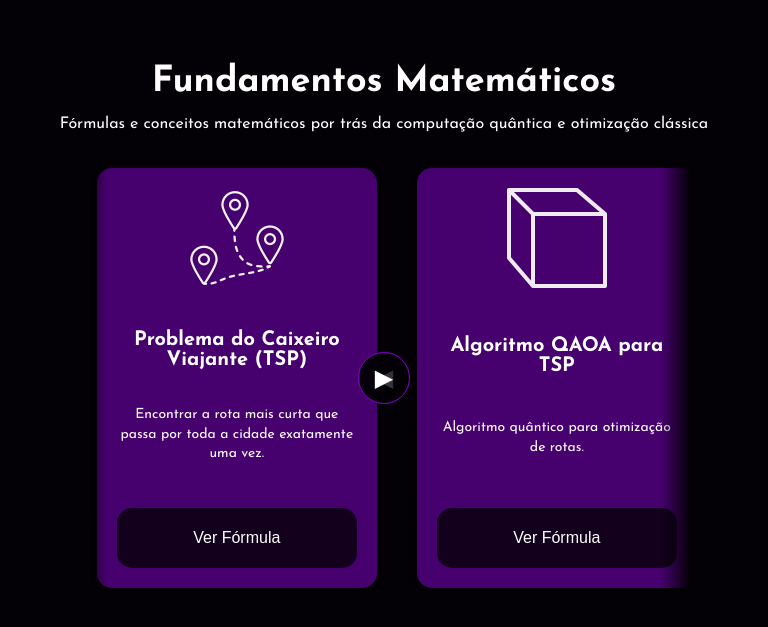
Repository: Everson9/Projeto-de-escalabilidade-quantica-definitivo
Page: fundamentos.html
These files come from the project's save history. The page is drawn as it stood at one moment and after the next save; the edit follows.
The browser window is 768 px wide. The pictures show the whole page.

Above is the page before, as saved 2025-10-01 10:26:27.
Not found: script.js

### fundamentos.html
<!DOCTYPE html>
<html lang="pt-br">
<head>
    <meta charset="UTF-8">
    <meta name="viewport" content="width=device-width, initial-scale=1.0">
    <title>Fundamentos Matemáticos</title>
    <link rel="stylesheet" href="fundamentos.css">
    <link href="https://fonts.googleapis.com/css2?family=Josefin+Sans:wght@400;700&display=swap" rel="stylesheet">
</head>
<body>

    <div class="fundamentos-matematicos">
        <h1>Fundamentos Matemáticos</h1>
        <p>Fórmulas e conceitos matemáticos por trás da computação quântica e otimização clássica</p>
    </div>

    <!-- Wrapper para o carrossel e as setas -->
    <div class="carousel-wrapper">
        <!-- Seta Esquerda -->
        <div id="prev-btn" class="carousel-btn">&#9664;</div>

        <!-- Container do Carrossel -->
        <div class="carousel-container">
            <div class="carousel-track">
                <!-- Cards Originais (Apenas os 4 originais são necessários, o JS cuidará da clonagem ) -->
                <div class="formula_1">
                    <img src="imgs_icones/CaixeiroViajante.png" alt="Ícone do Problema do Caixeiro Viajante">
                    <h4>Problema do Caixeiro Viajante (TSP)</h4>
                    <p>Encontrar a rota mais curta que passa por toda a cidade exatamente uma vez.</p>
                    <button class="button"><a href="caixeiroviajante.html">Ver Fórmula</a></button>
                </div>
                <div class="formula_1">
                    <img src="imgs_icones/QAOA.png" alt="Ícone do Algoritmo QAOA">
                    <h4>Algoritmo QAOA para TSP</h4>
                    <p>Algoritmo quântico para otimização de rotas.</p>
                    <button class="button"><a href="AlgoritmoQAOA.html">Ver Fórmula</a></button>
                </div>
                <div class="formula_1">
                    <img src="imgs_icones/OtimizacaoPortfolio.png" alt="Ícone de Otimização de Portfólio">
                    <h4>Otimização de Portfólio</h4>
                    <p>Distribuir investimentos para maximizar retornos.</p>
                    <button class="button"><a href="Portifolio.html">Ver Fórmula</a></button>
                </div>
                <div class="formula_1">
                    <img src="imgs_icones/ComplexidadeComputacional.png" alt="Ícone de Complexidade Computacional">
                    <h4>Complexidade Computacional</h4>
                    <p>Resolver problemas que crescem com muitos elementos.</p>
                    <button class="button"><a href="Complexidade.html">Ver Fórmula</a></button>
                </div>
            </div>
        </div>

        <!-- Seta Direita -->
        <div id="next-btn" class="carousel-btn">&#9654;</div>
    </div>

    <!-- NOVO: Container para os indicadores (pontos) -->
    <div class="carousel-indicators"></div>

    <!-- Adicionando o arquivo JavaScript -->
    <script src="script.js"></script>

</body>
</html>

### fundamentos.css
body {
    background-color: #030105;
    font-family: 'Josefin Sans', sans-serif;
    color: #fff;
    margin: 0;
    padding: 0;
    display: flex;
    flex-direction: column;
    align-items: center;
    justify-content: flex-start;
    text-decoration: none;
    overflow-x: hidden; /* Esconde a barra de rolagem horizontal */
}

.fundamentos-matematicos {
    text-align: center;
    color: white;
    margin-top: 40px;
    margin-bottom: 20px;
}

h1 {
    font-size: 36px;
    margin-bottom: 10px;
}

/* Estilos dos Cards */
.formula_1 {
    width: 240px;
    height: 380px;
    background-color: #7703BA96;
    border-radius: 15px;
    padding: 20px;
    display: flex;
    flex-direction: column;
    justify-content: space-between;
    box-shadow: 0 4px 8px rgba(0, 0, 0, 0.2);
    margin: 0 20px; /* Espaçamento entre os cards */
    flex-shrink: 0; /* Impede que os cards encolham */
}

.formula_1 h4 {
    font-size: 20px;
    margin-bottom: 10px;
    text-align: center;
}

.formula_1 img {
    width: 100px;
    height: 100px;
    margin: 0 auto;
}

.formula_1 p {
    text-align: center;
    font-size: 14px;
    line-height: 1.4;
    margin-top: 10px;
}

.button {
    background-color: #030105C2;
    border: none;
    padding: 10px;
    color: white;
    font-size: 16px;
    text-align: center;
    height: 60px;
    border-radius: 15px;
    cursor: pointer;
    text-decoration: none;
    margin-top: 15px;
    transition: background-color 0.3s;
}

.button a {
    text-decoration: none;
    color: white;
    display: block;
    line-height: 40px;     /* Centraliza o texto verticalmente dentro do botão (ajuste se a altura do botão mudar) */
}

.button:hover a{
    background-color: #ffffffc2;
    color: #030105;
}

/* --- Novas Classes para o Carrossel --- */

.carousel-wrapper {
    position: relative; /* Necessário para posicionar as setas */
    width: 100%;
    display: flex;
    align-items: center;
    justify-content: center;
}

.carousel-container {
    width: 80%; /* Ajuste a largura conforme necessário */
    overflow: hidden;
    -webkit-mask-image: linear-gradient(to right, transparent, black 5%, black 95%, transparent);
    mask-image: linear-gradient(to right, transparent, black 5%, black 95%, transparent);
}

.carousel-track {
    display: flex;
    /* Removemos a animação automática */
    transition: transform 0.5s ease-in-out; /* Adiciona uma transição suave */
}

.carousel-btn {
    position: absolute;
    top: 50%;
    transform: translateY(-50%) rotate(0deg);;
    background-color: rgba(3, 1, 5, 0.8);
    color: white;
    border: 1px solid #7703BA;
    border-radius: 50%;
    width: 50px;
    height: 50px;
    display: flex;
    align-items: center;
    justify-content: center;
    font-size: 24px;
    cursor: pointer;
    z-index: 10;
    transition: background-color 0.3s, transform 0.2s;
}

.carousel-btn.rotate {
    background-color: #7703BA;
    transform: translateY(-50%) rotate(180deg); /* Girando 180 graus */
}

.carousel-btn:hover {
    background-color: #7703BA;
    transform: translateY(-50%) scale(1.1);
}

After the next save:
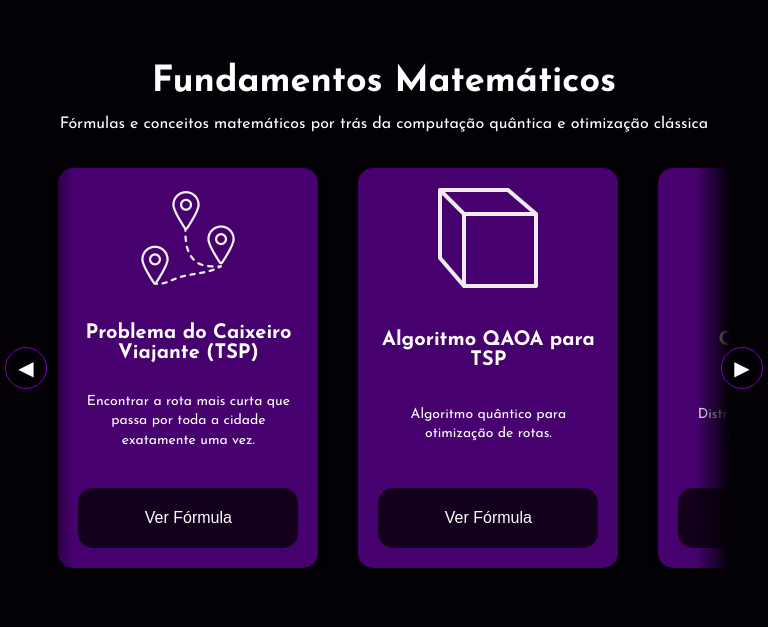
Saved 10 s later.
--- a/fundamentos.css
+++ b/fundamentos.css
@@ -127,12 +127,72 @@
     transition: background-color 0.3s, transform 0.2s;
 }
 
-.carousel-btn.rotate {
+.carousel-btn:hover {
     background-color: #7703BA;
     transform: translateY(-50%) rotate(180deg); /* Girando 180 graus */
 }
 
-.carousel-btn:hover {
-    background-color: #7703BA;
-    transform: translateY(-50%) scale(1.1);
+#prev-btn {
+    left: 20px; /* Posição da seta esquerda */
 }
+
+#next-btn {
+    right: 20px; /* Posição da seta direita */
+}
+
+/* --- Estilos para os Indicadores (Pontos) --- */
+.carousel-indicators {
+    display: flex;
+    justify-content: center;
+    margin-top: 20px;
+}
+
+.indicator-dot {
+    width: 12px;
+    height: 12px;
+    border-radius: 50%;
+    background-color: #777;
+    margin: 0 5px;
+    cursor: pointer;
+    transition: background-color 0.3s ease;
+}
+
+.indicator-dot.active {
+    background-color: #7703BA; /* Cor roxa para o ponto ativo */
+}
+
+/* --- Ajuste para a funcionalidade de arrastar --- */
+.carousel-track.grabbing {
+    cursor: grabbing; /* Muda o cursor enquanto o usuário arrasta */
+}
+
+.carousel-track.grabbing .formula_1 {
+    pointer-events: none; /* Impede que links/botões sejam clicados durante o arrasto */
+}
+
+/* --- Media Query para Responsividade --- */
+@media (max-width: 768px) {
+    .carousel-container {
+        width: 90%; /* Ocupa mais espaço em telas menores */
+    }
+
+    .carousel-btn {
+        width: 40px;
+        height: 40px;
+        font-size: 20px;
+    }
+
+    #prev-btn {
+        left: 5px; /* Aproxima as setas das bordas */
+    }
+
+    #next-btn {
+        right: 5px;
+    }
+
+    .formula_1 {
+        /* Opcional: reduzir um pouco o tamanho dos cards em telas muito pequenas */
+        width: 220px;
+        height: 360px;
+    }
+}
